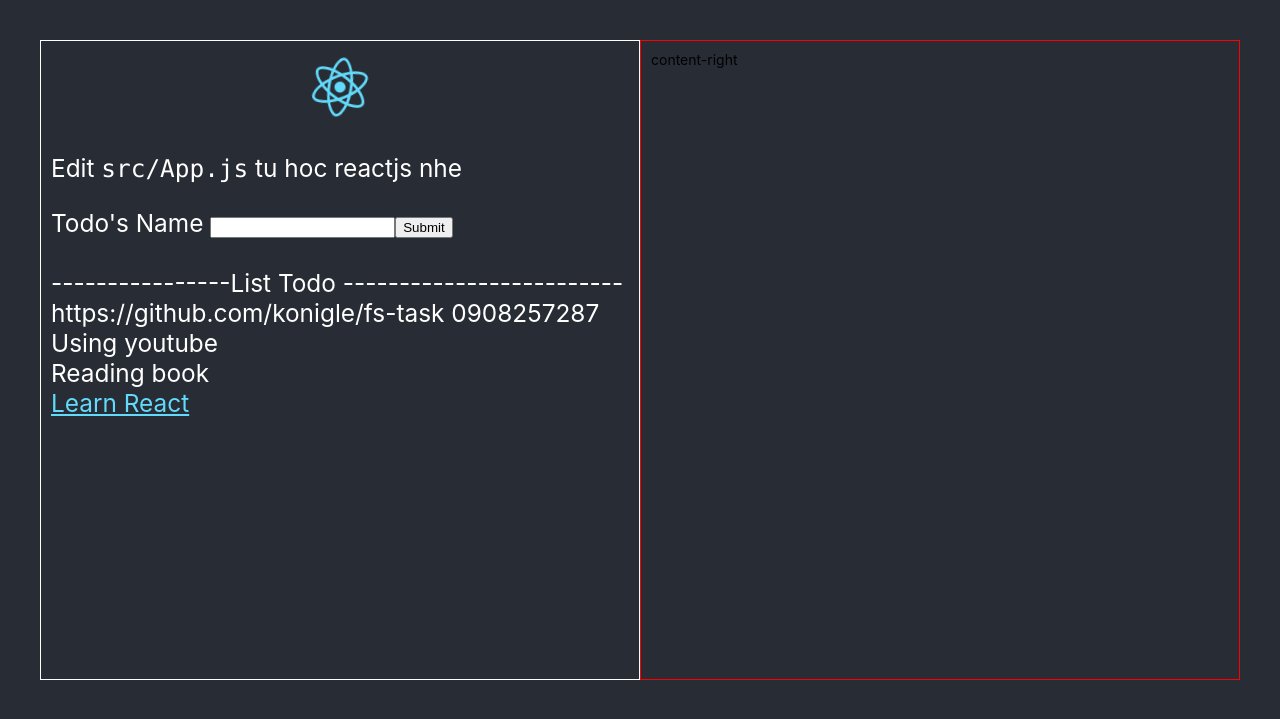
Repository: baothi/learn-reactjs
Page: /
The author's editor kept a copy of each file at every save. The page is drawn from the files as they stood at one save, then again after the next save.
The browser window is 1280 px wide. The pictures show the whole page.
The project was rebuilt for these pictures with package versions that can differ from the ones it lists, and the page was loaded fresh each time.

Above is the page before, as saved 2022-10-04 17:41:49.

### src/App.js
import logo from './logo.svg';
import './App.css';
import Home from './componets/Home';

// function App() {
const App = () => {
  // const x = [1, 2, 3, 4, { name: 'John', age: 36 }] ==> {JSON.stringify(x)}
  const x = "tu hoc reactjs nhe"
  return (
    <div className="App" /*style={{ border: '1px solid red', textTransform: 'uppercase'}}*/ >
      <header className="App-header content-left">
        <div style={{ textAlign: "center" }}>
          <img src={logo} className="App-logo" alt="logo" />
        </div>

        <p>
          Edit <code>src/App.js</code> {x}
          {/* {console.log(x)} */}
        </p>
        <Home />
        <a
          className="App-link"
          href="https://reactjs.org"
          target="_blank"
          rel="noopener noreferrer"
        >
          Learn React
        </a>
      </header>
      <div className='content-right'>
        content-right
      </div>
    </div>
  );
}

export default App;

### src/App.css
.App {
  /* text-align: center; */
  padding: 40px;
  font-size: 14px;
  background-color: #282c34;
  height: calc(100vh - 80px);
  display: flex;
}

.App-logo {
  height: 10vmin;
  pointer-events: none;
}

@media (prefers-reduced-motion: no-preference) {
  .App-logo {
    animation: App-logo-spin infinite 20s linear;
  }
}

.App-header {

  /* min-height: 100vh; */
  /* display: flex;
  flex-direction: column;
  align-items: center; */
  /* justify-content: center; */
  font-size: calc(10px + 2vmin);
  color: white;
}

.App-link {
  color: #61dafb;
}

@keyframes App-logo-spin {
  from {
    transform: rotate(0deg);
  }

  to {
    transform: rotate(360deg);
  }
}

.content-left {
  width: 50%;
  padding: 10px;
  border: 1px solid;
}

.content-right {
  width: 50%;
  padding: 10px;
  border: 1px solid red;
}

### src/componets/Home.js
import React, { useState } from 'react';
import _ from 'lodash';
import AddTodo from './AddTodo';
import DisplayTodo from './DisplayTodo';

const Home = () => {
    // const [name, setName] = useState("")
    const [todo, setTodo] = useState("")
    // const hankdleClickBtn = (event, mgs) => {
    //     // console.log(" >> run Hankdle Click ", event.target, " -> ", mgs)
    // }
    const [ListTodo, setListTodo] = useState([
        { id: 'todo1', name: 'https://github.com/konigle/fs-task 0908257287' },
        { id: 'todo2', name: 'Using youtube' },
        { id: 'todo3', name: 'Reading book' }
    ])

    const randomIntFromInterval = (min, max) => {
        return Math.floor(Math.random() * (max - min + 1)) + min
    }


    const hankdleClickBtn = () => {
        if (!todo) {
            alert("Todo's name is not empty")
            return;
        }
        let todoId = randomIntFromInterval(4, 99)
        let todoItem = {
            id: `todo${todoId}`,   // string template
            name: todo
        }
        // cach 1
        let curentTodoList = _.clone(ListTodo);
        curentTodoList.push(todoItem)
        // console.log(" check curentTodoList : ", curentTodoList)
        setListTodo(curentTodoList)
        setTodo("")
        // cach 2
        //setListTodo([...ListTodo, todoItem]) // toan tử ... này là spread operator đây là toán tử copy
    }

    const handleDeleteTodo = (id) => {
        let curentTodoList = _.clone(ListTodo);
        curentTodoList = curentTodoList.filter(item => item.id !== id);
        // curentTodoList = curentTodoList.filter(item => {
        //     if (item.id !== id) return item;
        // });
        setListTodo(curentTodoList);
    }
    const myInfor = { channel: "hoc lap trinh reactjs", age: 25 }

    return (
        <div className="container">

            <div className="row">
                <AddTodo
                    todo={todo}
                    setTodo={setTodo}
                    hankdleClickBtn={hankdleClickBtn}
                />
                <DisplayTodo
                    chilData={ListTodo} // x=u => x <- y
                    name={"bao thi"} // x=u => x <- y
                    myInfor={myInfor} // x=u => x <- y
                    deleteTodoInParent={handleDeleteTodo}
                />

            </div>
        </div>
    )
}

// class Home extends React.Component {

//     // khai báo state
//     state = {
//         name: 'todoList'
//     }
//     render() {
//         return (
//             <div className="container">
//                 <div className="row">

//                     <label>Your Name   </label>
//                     <input type="text" onChange={(event) => this.setState({ name: event.target.value })} />
//                     <br /><br />
//                     helo Todo list with name = {this.state.name}
//                 </div>
//             </div>
//         )
//     }
// }

export default Home;

### src/componets/AddTodo.js

const AddTodo = (props) => {
    const { todo, setTodo, hankdleClickBtn } = props
    return (
        <div>
            <label>Todo's Name   </label>
            {/* <input value={name} type="text"
                    onChange={(event) => {
                        // console.log("event.target : ", event)
                        setName(event.target.value)
                    }
                    } /> */}

            <input value={todo} type="text"
                onChange={(event) => {
                    // console.log("event.target : ", event)
                    setTodo(event.target.value)
                }
                } />
            {/* <button type="button" onClick={() => {
                    hankdleClickBtn("event", 'buttonClick')
                }}>Submit</button> */}
            <button type="button" onClick={() => {
                hankdleClickBtn()
            }}>Submit</button>



            <br /><br />
        </div>
    )
}
export default AddTodo

### src/componets/DisplayTodo.js

const DisplayTodo = (props) => {
    const deleteTodoFromChild = (id) => {
        props.deleteTodoInParent(id)
    }

    const ListTodo = props.chilData;
    return (
        <div>
            <div> ----------------List Todo ------------------------- </div>
            {ListTodo.map((item, index) => {
                // console.log("check item: ", item, " index: ", index, "id ", item.id)
                return (
                    <div id={item.id} key={item.id} onClick={() => deleteTodoFromChild(item.id)}>{item.name}</div>
                )
            })}
        </div>
    )
}

export default DisplayTodo;

Loaded but not shown: public/index.html (common file); src/index.js (common file); src/index.css (common file); src/reportWebVitals.js (common file)

After the next save:
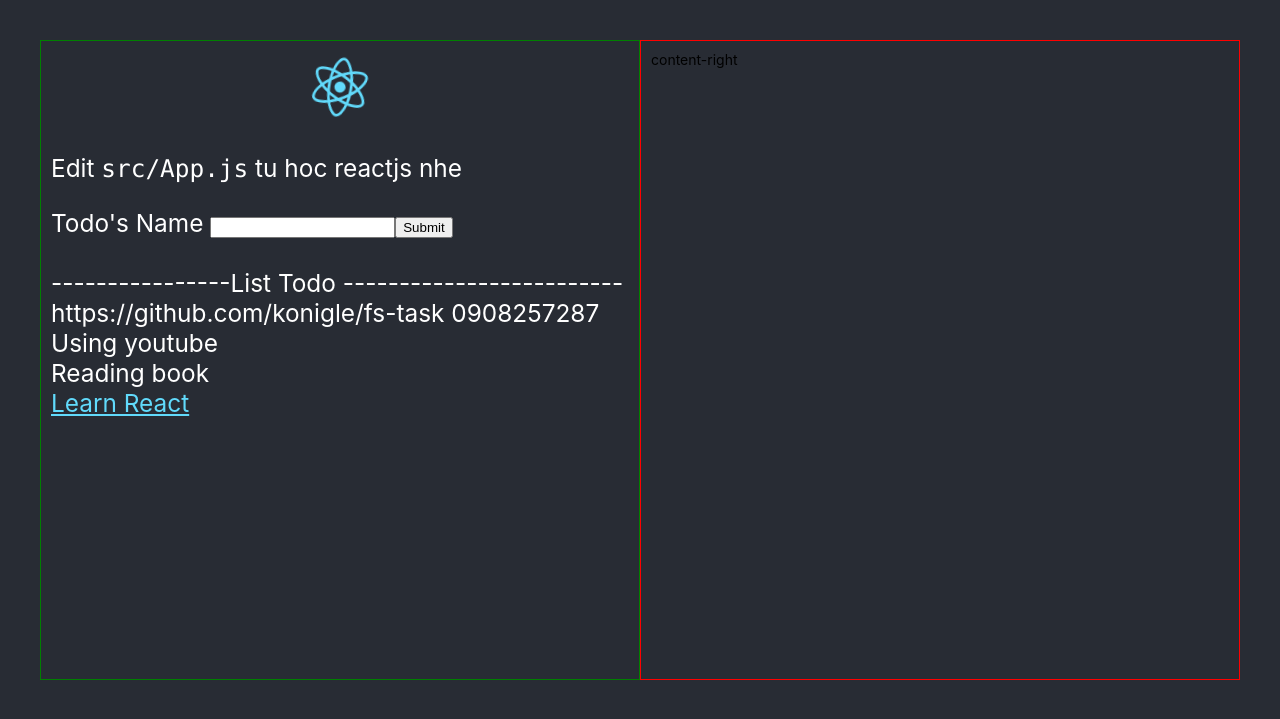
Saved 16 s later.
--- a/src/App.css
+++ b/src/App.css
@@ -46,7 +46,7 @@
 .content-left {
   width: 50%;
   padding: 10px;
-  border: 1px solid;
+  border: 1px solid green;
 }
 
 .content-right {
